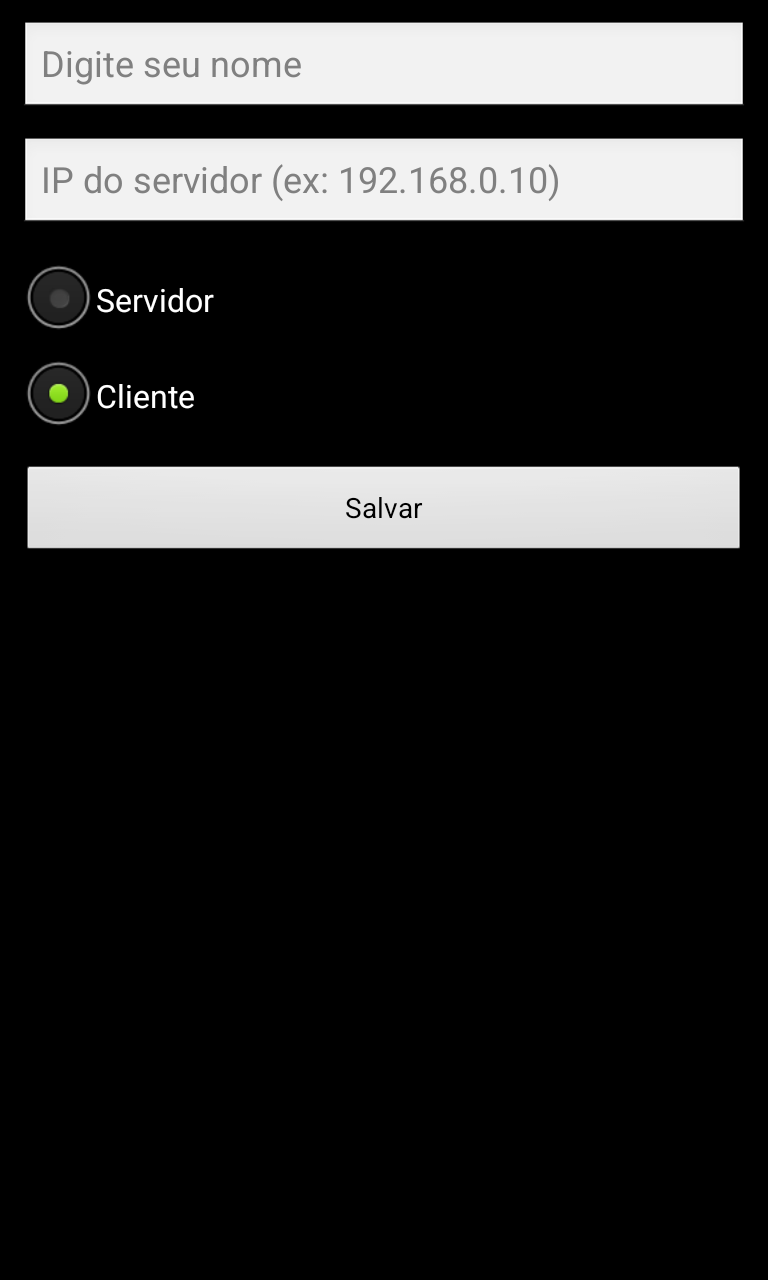
Repository: JoelmirMoura/AppMensagem
Layout: Mensagem/res/layout/config.xml
These files come from the project's save history. The layout is drawn as it stood at one moment and after the next save; the edit follows.
It is drawn on a 768 x 1280 px phone screen (xhdpi) without system bars, with theme android:Theme; the app's code is not run.

Above is the layout before, as saved 2026-04-27 19:55:06.

After the next save:
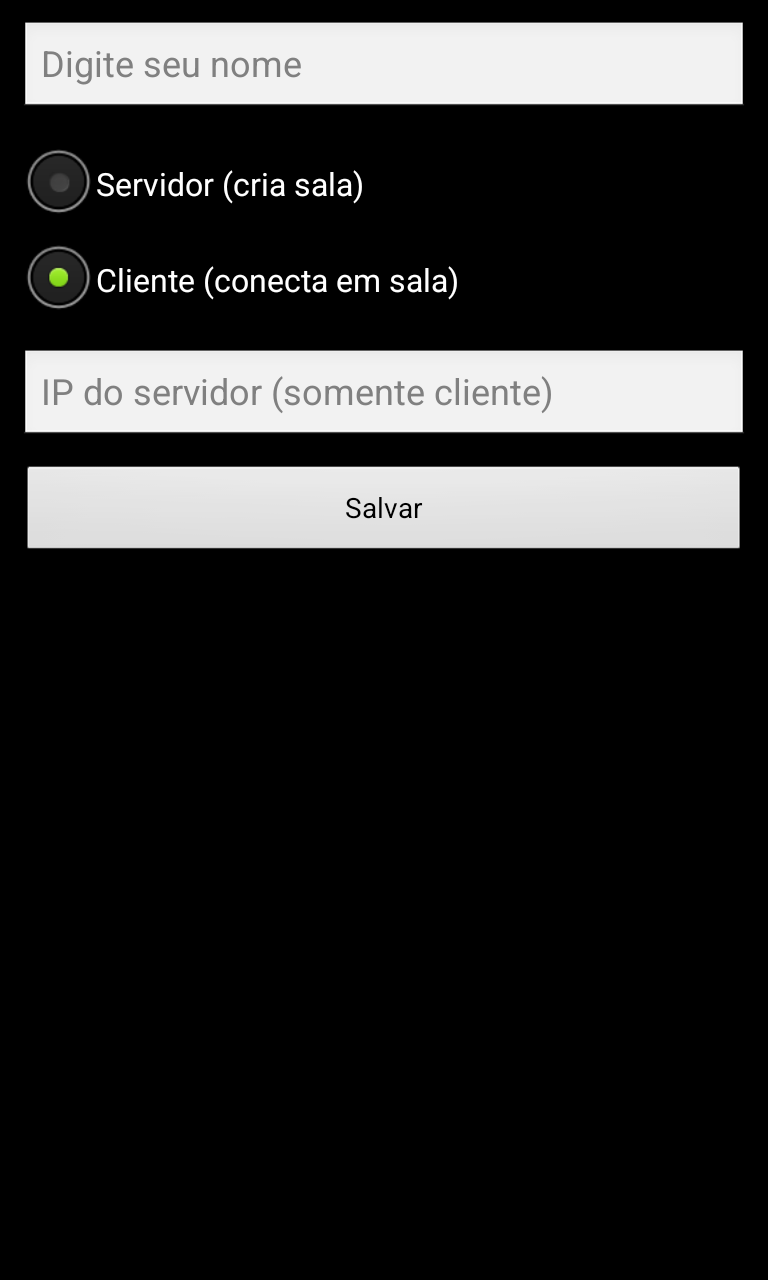
Saved 77 s later.
--- a/Mensagem/res/layout/config.xml
+++ b/Mensagem/res/layout/config.xml
@@ -4,6 +4,7 @@
     android:layout_width="fill_parent"
     android:layout_height="fill_parent">
 
+    <!-- NOME -->
     <EditText
         android:id="@+id/editNome"
         android:layout_width="fill_parent"
@@ -11,15 +12,7 @@
         android:hint="Digite seu nome"
         android:inputType="textPersonName" />
 
-    <!-- IP DO SERVIDOR -->
-    <EditText
-        android:id="@+id/editIp"
-        android:layout_width="fill_parent"
-        android:layout_height="wrap_content"
-        android:hint="IP do servidor (ex: 192.168.0.10)"
-        android:inputType="text"
-        android:layout_marginTop="10dp" />
-
+    <!-- MODO -->
     <RadioGroup
         android:id="@+id/radioModo"
         android:layout_width="fill_parent"
@@ -30,17 +23,27 @@
             android:id="@+id/radioServer"
             android:layout_width="wrap_content"
             android:layout_height="wrap_content"
-            android:text="Servidor" />
+            android:text="Servidor (cria sala)" />
 
         <RadioButton
             android:id="@+id/radioClient"
             android:layout_width="wrap_content"
             android:layout_height="wrap_content"
-            android:text="Cliente"
+            android:text="Cliente (conecta em sala)"
             android:checked="true" />
 
     </RadioGroup>
 
+    <!-- IP DO SERVIDOR -->
+    <EditText
+        android:id="@+id/editIp"
+        android:layout_width="fill_parent"
+        android:layout_height="wrap_content"
+        android:hint="IP do servidor (somente cliente)"
+        android:inputType="text"
+        android:layout_marginTop="10dp" />
+
+    <!-- BOTÃO -->
     <Button
         android:id="@+id/btnSalvar"
         android:layout_width="fill_parent"
